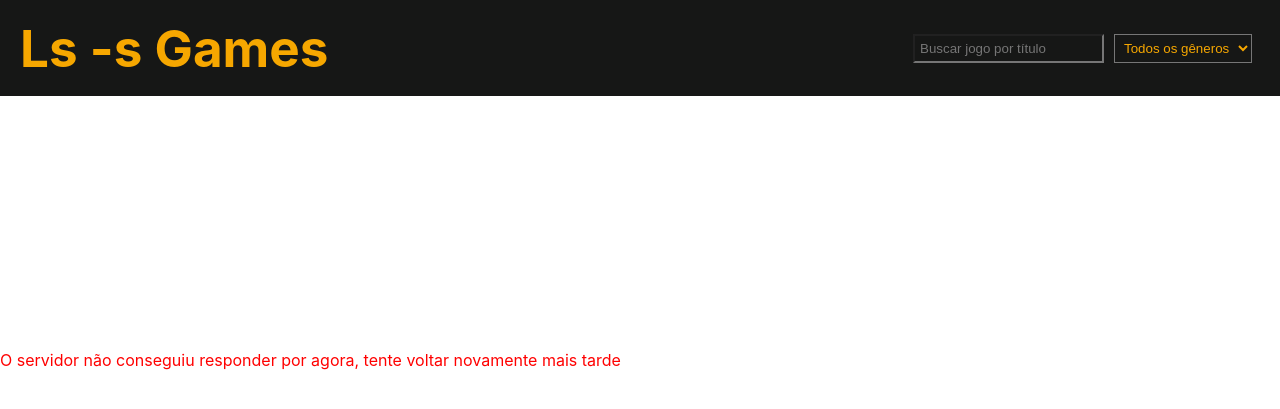
Repository: nlemuel/games-front-test
Page: /
The author's editor kept a copy of each file at every save. The page is drawn from the files as they stood at one save, then again after the next save.
The browser window is 1280 px wide. The pictures show the whole page.
The page's requests for data from a server got no answer. The project was rebuilt for these pictures with package versions that can differ from the ones it lists, and the page was loaded fresh each time. No one was signed in, and anything a server would have sent is missing. Also part of the build but not shown: vite.config.ts.

Above is the page before, as saved 2023-06-25 17:28:15.

After the next save:
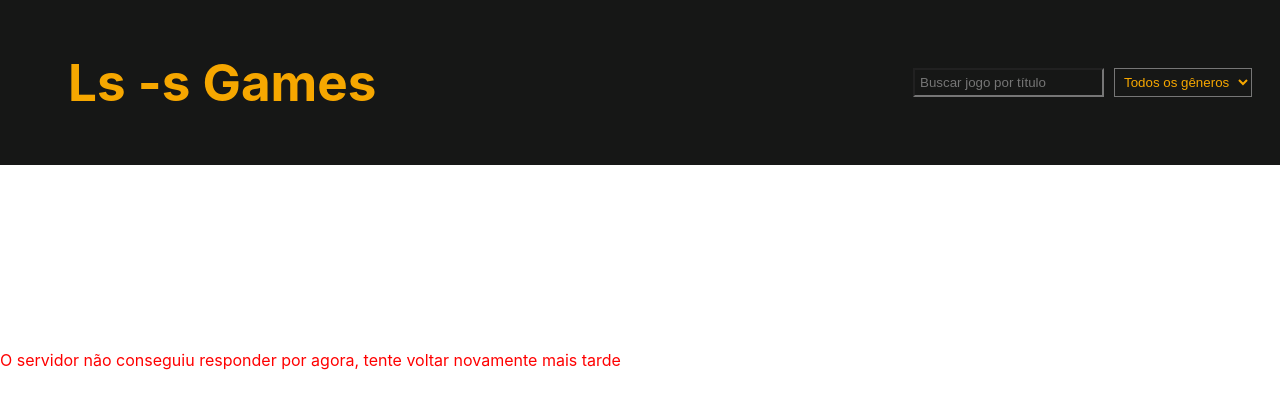
Saved 31 s later.
--- a/src/components/Header/index.tsx
+++ b/src/components/Header/index.tsx
@@ -16,7 +16,7 @@
 
 const Title = styled.h1`
   color: #f6a700;
-  margin: 0;
+  margin-left: 3rem;
 `;
 
 const SearchBar = styled.input`

After the save that followed:
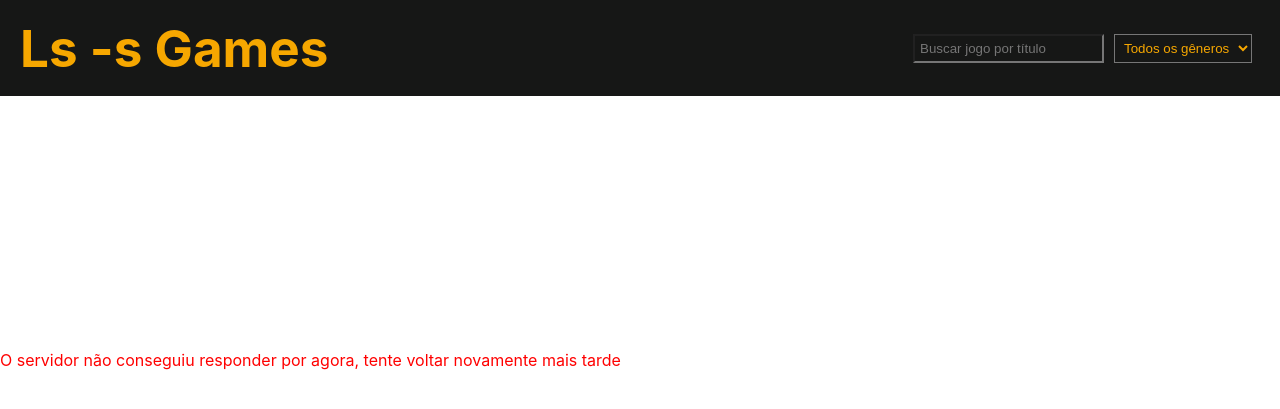
Saved 7 s later.
--- a/src/components/Header/index.tsx
+++ b/src/components/Header/index.tsx
@@ -16,7 +16,7 @@
 
 const Title = styled.h1`
   color: #f6a700;
-  margin-left: 3rem;
+  margin: 0;
 `;
 
 const SearchBar = styled.input`
